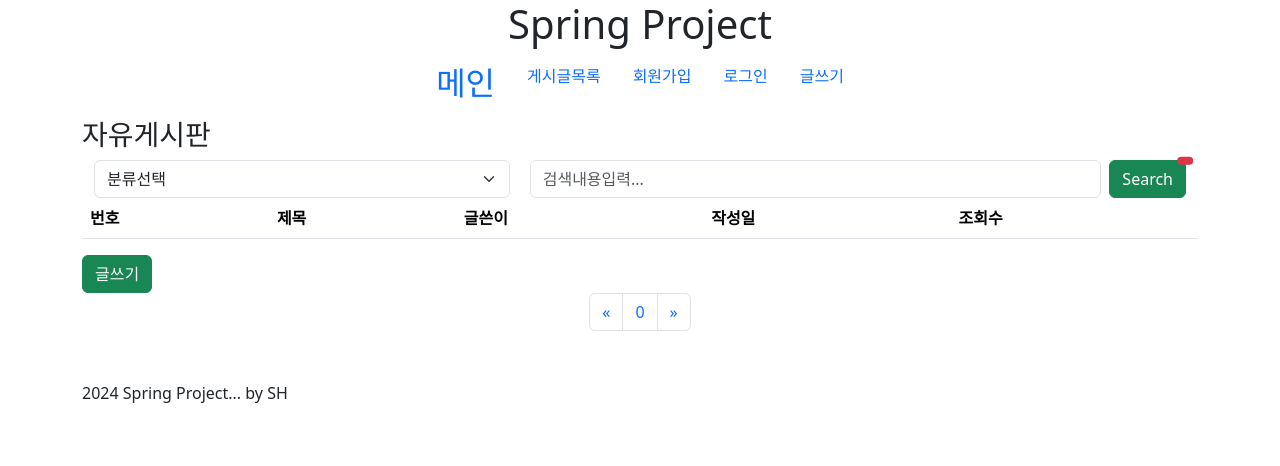
Repository: dtkd19/spring_personal_project
Page: http://localhost/myproject/WEB-INF/views/board/list.jsp
An editor plug-in stored every save of this project. The page is shown before and after the next save, followed by the edit.
The browser window is 1280 px wide. The pictures show the whole page.
The page is served by Tomcat 9. Nobody is signed in. The template is opened directly, without the code that normally fills it, so the values that code supplies are empty.

Above is the page before, as saved 2024-11-07 08:28:16.

After the next save:
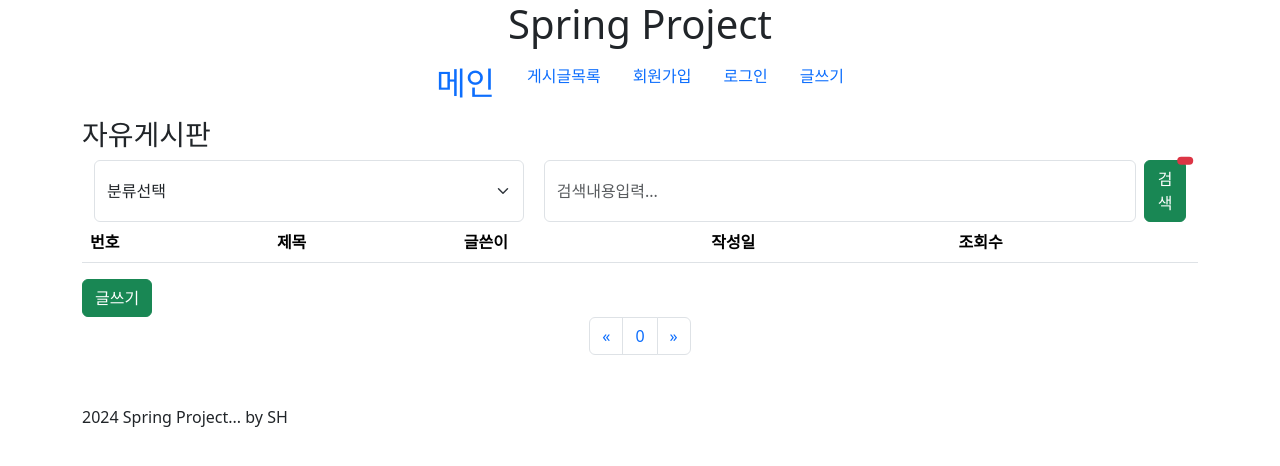
Saved 7 s later.
--- a/myproject/src/main/webapp/WEB-INF/views/board/list.jsp
+++ b/myproject/src/main/webapp/WEB-INF/views/board/list.jsp
@@ -25,7 +25,7 @@
 	        <input type="hidden" name="qty" value="${ph.pgvo.qty }">
 	       <!--  <button class="btn btn-outline-success" type="submit">Search</button> -->
 	       <button type="submit" class="btn btn-success position-relative">
-	 		 Search
+	 		 검색
 	 		<span class="position-absolute top-0 start-100 translate-middle badge rounded-pill bg-danger">
 	    	${ph.totalCount }
 	    	<span class="visually-hidden">unread messages</span> </span>

After the save that followed:
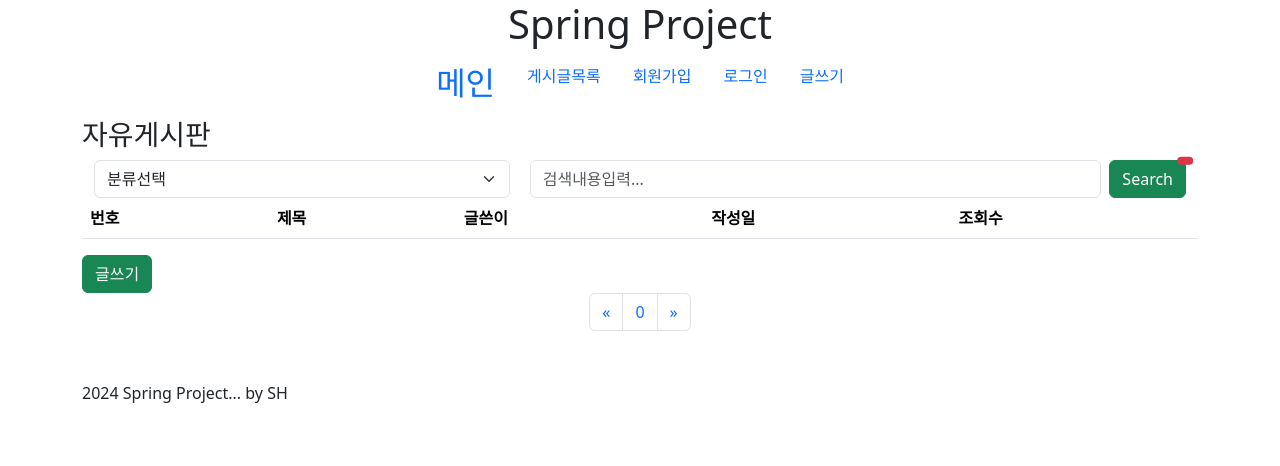
Saved 12 s later.
--- a/myproject/src/main/webapp/WEB-INF/views/board/list.jsp
+++ b/myproject/src/main/webapp/WEB-INF/views/board/list.jsp
@@ -25,7 +25,7 @@
 	        <input type="hidden" name="qty" value="${ph.pgvo.qty }">
 	       <!--  <button class="btn btn-outline-success" type="submit">Search</button> -->
 	       <button type="submit" class="btn btn-success position-relative">
-	 		 검색
+	 		 Search
 	 		<span class="position-absolute top-0 start-100 translate-middle badge rounded-pill bg-danger">
 	    	${ph.totalCount }
 	    	<span class="visually-hidden">unread messages</span> </span>
